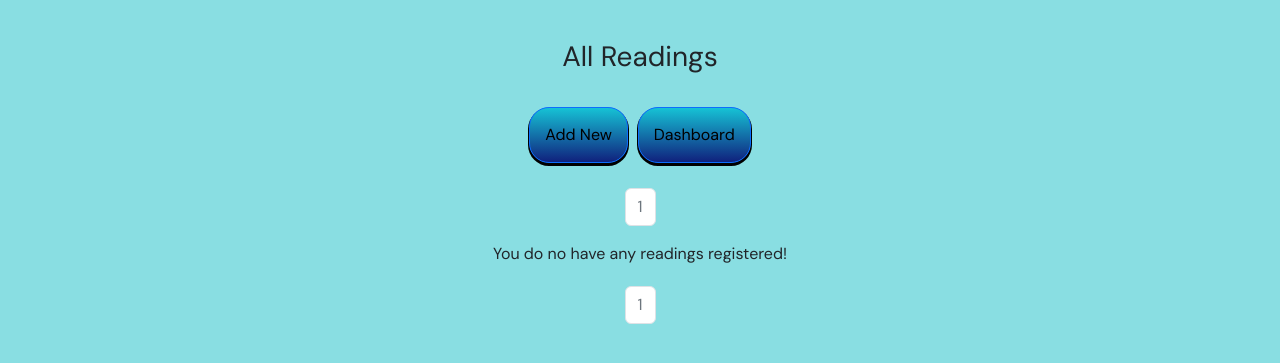
Repository: aiodell/my-glucose-checkup
Page: /bgls/all (app in client/)
An editor plug-in stored every save of this project. The page is shown before and after the next save, followed by the edit.
The browser window is 1280 px wide. The pictures show the whole page.
The page's requests for data from a server got no answer. The project was rebuilt for these pictures with package versions that can differ from the ones it lists, and the page was loaded fresh each time. No one was signed in, and anything a server would have sent is missing. Also part of the build but not shown: client/src/components/Login.js, client/src/components/Signup.js, client/src/components/Dashboard.js, client/src/components/NewReading.js, client/src/components/Home.js, client/src/components/BglUpdateForm.js, client/src/components/BglEventDetails.js, client/src/components/NewBglEvent.js and 8 more.

Above is the page before, as saved 2022-10-06 06:59:45.

### client/src/index.js
import React from 'react';
import ReactDOM from 'react-dom/client';
import {BrowserRouter as Router} from "react-router-dom";
import 'bootstrap/dist/css/bootstrap.min.css';
import App from './App';

const root = ReactDOM.createRoot(document.getElementById('root'));
root.render(
  <React.StrictMode>
  <Router>
    <App />
  </Router>
  </React.StrictMode>
);

### client/src/App.js
import { useState, useEffect } from "react"
import { Switch, Route, useHistory } from "react-router-dom"
import NavBar from "./components/NavBar"
import Login from "./components/Login"
import Signup from "./components/Signup"
import Dashboard from "./components/Dashboard"
import AllReadings from "./components/AllReadings"
import NewReading from "./components/NewReading"
import Home from "./components/Home"
import BglEventDetails from "./components/BglEventDetails"
import NewBglEvent from "./components/NewBglEvent"
import Events from "./components/Events"
import UserProfile from "./components/UserProfile"
import CreateProfile from "./components/CreateProfile"
import AllUsers from "./components/AllUsers"
import './styles.css'

const App = () => {
  const [currentUser, setCurrentUser] = useState("")
  const [readings, setReadings] = useState([])
  const [events, setEvents] = useState([])
  const [users, setUsers] = useState([])
  const [following, setFollowing] = useState([])
  const history = useHistory()

  useEffect( () => {
    fetch(`/auto-login`)
    .then((r) => {
      if (r.ok) {
        r.json().then((user) => setCurrentUser(user))
      }else{
        history.push("/login")
      }
    })
  }, [ ])

	useEffect(() => {
		fetch("/events")
		.then((r) => r.json())
		.then(setEvents)
	}, [])

  useEffect(() => {
		fetch("/bgls")
		.then((r) => r.json())
		.then(setReadings)
	}, [])

  useEffect(() => {
    fetch("/users")
    .then((r) => r.json())
    .then(setUsers)
  }, [])

  useEffect(() => {
    fetch("/relationships")
    .then((r) => r.json())
    .then(setFollowing)
  }, [])

  const updateUser = (user) => setCurrentUser(user)

  const addNewReading = (newReading) => {setReadings(readings => [...readings, newReading])}

  const deleteReading = (deletedReading) => {
    setReadings((readings) => readings.filter((reading) => reading.id !== deletedReading))
  }

  const deleteEvent = (deletedEvent) => {
    setEvents((events) => events.filter((event) => event.id !== deletedEvent))
  }

  const updateBgl = (updatedBgl) => {
    setReadings((readings) => readings.map(bgl => bgl.id === updatedBgl.id ? updatedBgl : bgl))
  }

  // add follower to list
  const addNewFollow = (newFollow) => {
    setFollowing(following => [...following, newFollow])
    const copyOfCurrentUser = {...currentUser}
    copyOfCurrentUser.followees.push(newFollow)
    setCurrentUser(copyOfCurrentUser)
  }

  // delete follower from the list
  const deleteFollow = (deletedFollow) => {
    setFollowing((following) => following.filter((following) => following.id !== deletedFollow))
  }

  const removeCurrentFollowing = (deletedFollowee) => {
    const copyOfCurrentUser = {...currentUser}
    copyOfCurrentUser.followees = copyOfCurrentUser.followees.filter(followee => followee.followee_id !== deletedFollowee.followee_id)
    setCurrentUser(copyOfCurrentUser)
  }

   return (
   <div>
    <NavBar
      currentUser = {currentUser}
      updateUser = {updateUser}
    />
    <Switch>
      <Route exact path = "/login">
        <Login updateUser = {updateUser}/>
      </Route>
      <Route exact path = "/signup">
        <Signup />
      </Route>
      <Route exact path = "/dashboard">
        <Dashboard
        currentUser = {currentUser}
        readings = {readings}
        setReadings = {setReadings}
        following = {following}  // will be used to display the highs and lows of a user being followed
        users = {users}
        />
      </Route>
      <Route exact path= "/bgls/all">
        <AllReadings
        readings = {readings}
        setReadings = {setReadings}
        />
      </Route>
      <Route exact path= "/bgls/new">
        <NewReading addNewReading= {addNewReading} />
      </Route>
      <Route exact path= "/bgls/:id/">
        <BglEventDetails
          updateBgl = {updateBgl}
          deleteReading= {deleteReading}
          readings = {readings}
        />
      </Route>
      <Route exact path="/bgls/:id/bgl_events/new">
        <NewBglEvent events= {events}/>
      </Route>
      <Route exact path="/events">
        <Events
          deleteEvent = {deleteEvent}
          events = {events}
          setEvents = {setEvents}
        />
      </Route>
      <Route exact path= "/me">
        <UserProfile
        currentUser = {currentUser}
        users = {users}
        />
      </Route>
      <Route exact path = "/create-profile">
        <CreateProfile />
      </Route>
      <Route exact path= "/users">
        <AllUsers
        currentUser = {currentUser}
        users = {users}
        addNewFollow = {addNewFollow}
        deleteFollow = {deleteFollow}
        removeCurrentFollowing ={removeCurrentFollowing}
        />
      </Route>
      <Route exact path="/">
        <Home
        currentUser = {currentUser}
        setCurrentUser = {setCurrentUser}/>
      </Route>
    </Switch>
   </div>
  )
}

export default App;

### client/src/components/NavBar.js
import { useHistory, NavLink } from 'react-router-dom'
import Container from "react-bootstrap/Container"
import Nav from 'react-bootstrap/Nav';
import Navbar from 'react-bootstrap/Navbar';
import '../styles.css';

const NavBar = ({updateUser, currentUser}) => {
	const history = useHistory()

	// log out only available when logged in
	const handleLogout = (e) => {
		fetch(`/logout`, {
			method: 'DELETE'
		})
		.then(() => {
			updateUser("")
			history.push('/')
		})
	}

	return(
		<>
		{currentUser ?
			<Navbar bg="dark" variant="dark" expand="lg">
			<Container className="nav-bar">
				<Navbar.Brand>My Glucose Checkup</Navbar.Brand>
				<Navbar.Toggle aria-controls="basic-navbar-nav" />
				<Navbar.Collapse id="basic-navbar-nav"></Navbar.Collapse>
					<Nav className="me-auto">
						<NavLink className="nav-link" to="/dashboard">
							<Nav.Item>Dashboard</Nav.Item>
						</NavLink>
						<NavLink className="nav-link" to="/bgls/all">
							<Nav.Item>My BGLs</Nav.Item>
						</NavLink>
						<NavLink className="nav-link" to="/bgls/new">
							<Nav.Item>New Reading</Nav.Item>
						</NavLink>
						<NavLink className="nav-link" to="/me">
							<Nav.Item>My Account</Nav.Item>
						</NavLink>
						<NavLink className="nav-link" to="/users">
							<Nav.Item>All Users</Nav.Item>
						</NavLink>
						<Nav.Link onClick={handleLogout}>Logout</Nav.Link>
					</Nav>
			</Container>
		</Navbar> : null }
		</>
	)
}

export default NavBar

### client/src/components/AllReadings.js
import { useState, useEffect } from "react"
import Pagination from "react-bootstrap/Pagination"
import { useHistory, Link, NavLink } from "react-router-dom"
import Card from 'react-bootstrap/Card';
import Container from "react-bootstrap/Container"
import Button from "react-bootstrap/Button"

const AllReadings = ({readings, setReadings }) => {
	const [errors, setErrors] = useState([])
	const [ currentRange, setCurrentRange ] = useState([0, 10]);
	const history = useHistory()

	useEffect(() => {
		fetch("/bgls")
		.then(r => {
			if(r.ok){
				r.json().then(readings => setReadings(readings))
			}else{
				r.json().then(data => {
					setErrors(data.errors)
					history.push("/login")
				})
			}
		})
	}, [])

	const handleDelete = (id) => {
		fetch(`/bgls/${id}`, {
			method: "DELETE",
		})
		.then(() =>{
			setReadings((readings) => readings.filter((reading) => reading.id !== id))
		})
	}

		// render the current Bgls
	const renderReadings = readings.map((bgl) => {
		return(
			<Card className="bgl-card" key= {bgl.id}>
				<Card.Body className="link-text-style" as={Link} to= {`/bgls/${bgl.id}`}>
					<Card.Title className="card-title">
						{bgl.value} mg/dl
					</Card.Title>
					<Card.Text>
						{bgl.created_at}
					</Card.Text>
				</Card.Body>
				<Button className="delete-btn" onClick={() => handleDelete(bgl.id)}>
					Delete
				</Button>
			</Card>
		)
	})


	// pagination of the Bgls
  	const handlePageClick = (e) => {
    const pageNum = e.target.innerText;

    if(pageNum === '1') {
      setCurrentRange([ 0, 20 ]);
    } else {
      const start = pageNum * 20 - 19;
      const end = pageNum * 20;
      setCurrentRange([ start, end ]);
    }
  }

	const bglPages = () => {
    let pages = [];
    let numOfPages = renderReadings.length / 10 + 1;

    for( let pageNum = 1; pageNum <= numOfPages; pageNum++ ) {
      pages.push(
        <Pagination.Item
          key={ pageNum }
          onClick={ handlePageClick }
          active={ currentRange[1] / 10 === pageNum }
          disabled={ currentRange[1] / 10 === pageNum }
        >
          { pageNum }
        </Pagination.Item>
      )
    }
    return pages;
  }
  	// end of pagination of Bgls

	const bglPage = renderReadings.slice(...currentRange)

	return(
		<>
		{errors ? errors.map(e => <section>{e}</section>):null}
			<Container className="all-bgl-container-style">
				<h3 className="title">All Readings</h3>
				<NavLink to="/bgls/new">
					<Button className="btns">Add New</Button>
				</NavLink>
				<NavLink to="/dashboard">
					<Button className="btns">Dashboard</Button>
				</NavLink>
				<Container>
					<Pagination className="pages">{ bglPages() }</Pagination>
				</Container>
					{bglPage.length > 0 ? bglPage : "You do no have any readings registered!"}
				<Container>
					<Pagination className="pages">{ bglPages() }</Pagination>
				</Container>
			</Container>
		</>
	)
}

export default AllReadings

### client/src/styles.css
@import url('https://fonts.googleapis.com/css2?family=DM+Sans&display=swap');
@import url('https://fonts.googleapis.com/css2?family=Carter+One&family=DM+Sans&display=swap');

body {
  font-family: 'DM Sans', sans-serif;
  background-color:	#89dee2;
  margin: 0px;
}

/*Universal */
.btns {
  background-image: linear-gradient(#16c2d5,#10217d);
  color: rgb(0, 0, 0);
  padding: 15px;
  margin: 5px;
  text-align: center;
  border-radius: 20px;
  box-shadow: 0px 2px 0px 1px black;
  text-decoration: none;
}

.container-style{
  text-align: center;
  padding: 10px;
  position: relative;
}

.navbar-brand{
  font-family: 'Carter One', cursive;
  font-size: 2rem;
  text-align:left
}

/*Home Page */
.Home {
  text-align: center;
}

.home-background {
  background-color: #88c7b2;
  min-height: 100vh;
  display: flex;
  flex-direction: column;
  align-items: center;
  justify-content: center;
  font-size: calc(10px + 2vmin);
  color: white;
}

.welcome {
  font-family: 'Carter One', cursive;
  text-shadow: 2px 2px black;
  text-align: center;
}

.home-btn-div {
  align-content: center;
}

/*Forms */
.form-style{
  margin-top: 100px;
  border-radius: 20px;
  box-shadow: 0px 2px 0px 1px black;
  background-image: linear-gradient(#67eabe, #ffffff);
  color: rgb(0, 0, 0);
}
.title{
  padding: 20px;
  position: relative;
}

/*Dashbord */
.dash-container{
  margin-top: 100px;
  padding: 20px;
  background-image: linear-gradient(#67eabe, #ffffff);
  border-radius: 25px;
  position: relative;
}

.current-bgl{
  border-radius: 50%;
  height: 150px;
  width: 150px;
  vertical-align: middle;
  left: 44%;
  position: relative;
  box-shadow: 2px 2px 2px 2px black;
  background-image: linear-gradient(#67eabe, #ffffff);
}

.current-txt{
  text-align: center;
  font-size: 4rem;
  padding-top: 40px;
  padding-left: 5px;
  position: relative;
}

.low-high-avg{
  padding: 20px;
  position: relative;
}

.dash-title{
  font-family: 'Carter One', cursive;
  text-shadow: 2px 2px 2px black;
  color: white
}

/*Events */

.list{
  list-style: none;
  padding: 5px;
  font-size: 150%;
}

.event-container-style{
  text-align: center;
  padding: 10px;
  position: relative;
  margin: 5px;
}

.delete-btn{
  background-image: linear-gradient(#67eabe, #ffffff);
  color: rgb(0, 0, 0);
  padding: 5px;
  margin: 5px;
  text-align: center;
  box-shadow: 0px 2px 0px 1px black;
  text-decoration: none;
}
.event-card{
  vertical-align: middle;
  left: 39%;
  position: relative;
}

/*All bgls*/
.all-bgl-container-style{
  align-content: center;
  margin-top: 20px;
  text-align: center;
  display: relative;
  position:relative;
  max-width: 50%;
}

.link-text-style{
  text-decoration: none;
}

.pages {
  display: flex;
  justify-content: center;
  margin-top: 20px;
}

.bgl-card{
  margin: 10px;
  text-decoration: none;
  color: black;
  box-shadow: 0px 2px 0px 2px black;
}

.card-title{
  font-size: 150%;
}

.search {
  width: 50%;
  text-align: center;

  position: relative;
  display: block;
  margin: auto;
  padding: 2rem;
}

.searchTerm {
  text-align: center;
  width: 100%;
  border: 3px solid #004e59;
  padding: 5px;
  height: 3rem;
  border-radius: 5px;
  outline: none;
  font-size: 1.5rem;
}

/* Profile Completion Form */
.form-title{
  text-align: center;
  margin-top: 15px;
}

.profile-completion{
  text-align: center;
  padding: 15px;
  margin: 10px;
  box-shadow: 1px 2px 0px 1px black;
  background-image: linear-gradient(#eaeaea, #ffffff);
  color: rgb(0, 0, 0);
}

.profile-label{
  margin-bottom: 5px;
  margin-top: 10px;
}

.form-check{
  margin-top: 5px
}

/*profile container*/
.profile-container{
  align-content: center;
  margin-top: 20px;
  text-align: center;
  display: relative;
  position:relative;
  max-width: 50%;
}

Loaded but not shown: client/public/index.html (common file)

After the next save:
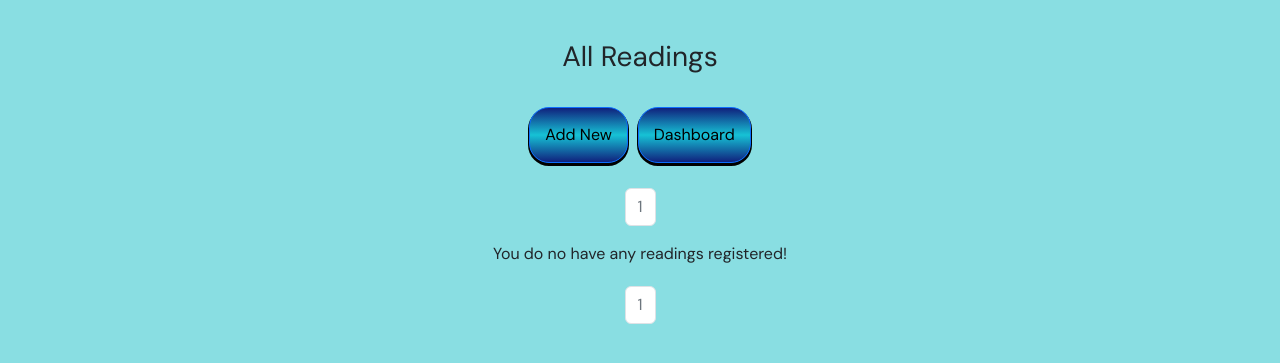
Saved 8 s later.
--- a/client/src/styles.css
+++ b/client/src/styles.css
@@ -9,7 +9,7 @@ body {
 
 /*Universal */
 .btns {
-  background-image: linear-gradient(#16c2d5,#10217d);
+  background-image: linear-gradient(#10217d, #16c2d5,#10217d);
   color: rgb(0, 0, 0);
   padding: 15px;
   margin: 5px;
